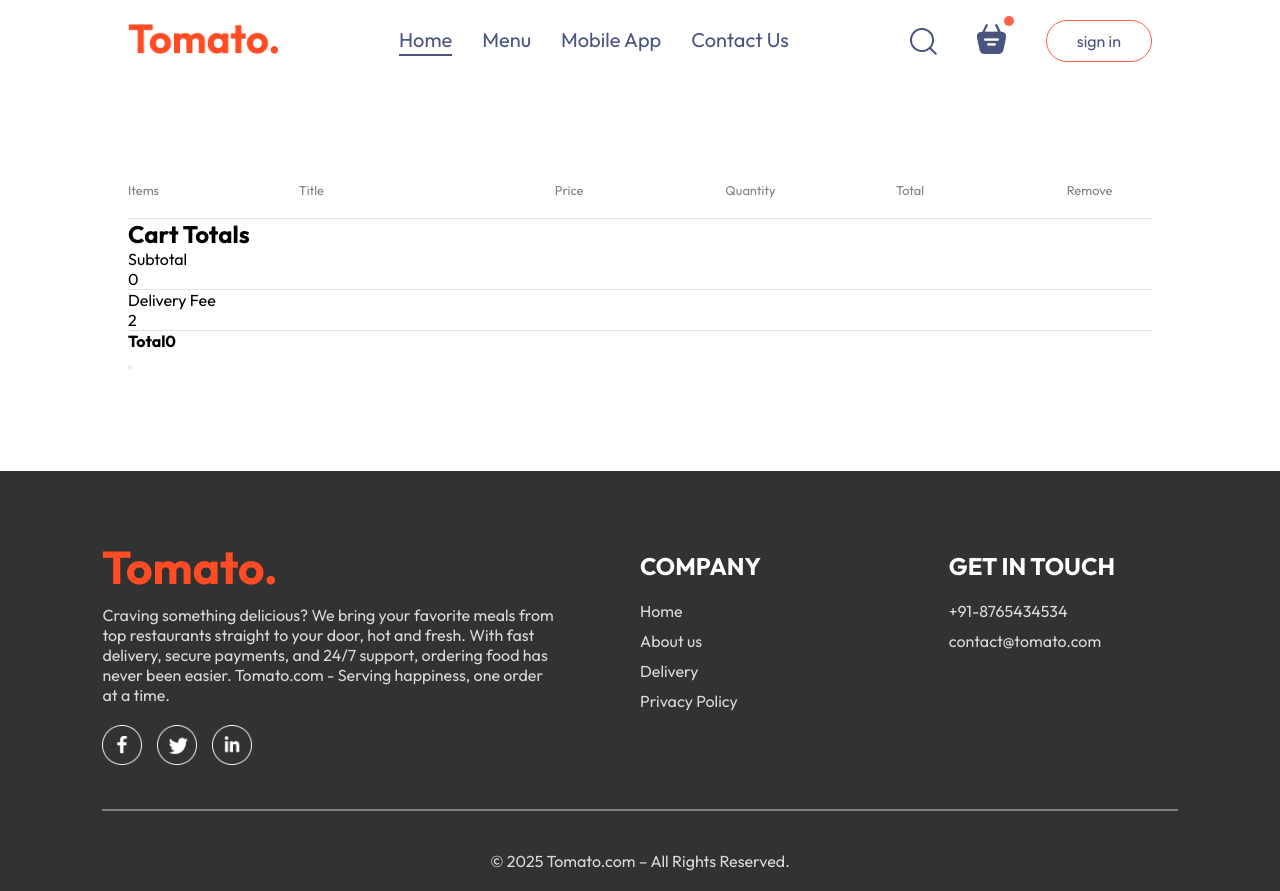
Repository: esakkiraj8104/FOOD_ORDER1
Page: /cart
An editor plug-in stored every save of this project. The page is shown before and after the next save, followed by the edit.
The browser window is 1280 px wide. The pictures show the whole page.
The project was rebuilt for these pictures with package versions that can differ from the ones it lists, and the page was loaded fresh each time. Also part of the build but not shown: vite.config.js, src/components/Navbar/Header/Haeder.css, src/components/Navbar/Header/Header.jsx, src/components/Navbar/ExploreMenu/ExploreMenu.css, src/components/Navbar/ExploreMenu/ExploreMenu.jsx, src/components/Navbar/FoodDisplay/FoodDisplay.css, src/components/Navbar/FoodItem/FoodItem.css, src/components/Navbar/FoodItem/FoodItem.jsx and 6 more. Imported but missing from the stored project, and not drawn on this page: src/pages/PlaceOrder/PlaceOrder.

Above is the page before, as saved 2025-05-20 18:47:58.

### index.html
<!doctype html>
<html lang="en">
  <head>
    <meta charset="UTF-8" />
    <link rel="icon" type="image/svg+xml" href="/vite.svg" />
    <meta name="viewport" content="width=device-width, initial-scale=1.0" />
    <title>Tomoto food Web</title>
  </head>
  <body>
    <div id="root"></div>
    <script type="module" src="/src/main.jsx"></script>
  </body>
</html>

### src/main.jsx
import React from 'react'
import ReactDOM from 'react-dom/client'
import './index.css'
import App from './App.jsx'
import {BrowserRouter} from 'react-router-dom'
import StoreContextProvider from './Context/StoreContext.jsx'

ReactDOM.createRoot(document.getElementById('root')).render(
  <BrowserRouter>
    <StoreContextProvider>
      <App />
    </StoreContextProvider>

  </BrowserRouter>

)

### src/index.css
@import url('https://fonts.googleapis.com/css2?family=Outfit:wght@100..900&display=swap');

*{
  padding: 0;
  margin: 0;
  box-sizing: border-box;
  font-family: outfit;
  scroll-behavior: smooth;
}
body{
  min-height: 100vh;
}
a{
  text-decoration :none;
  color: inherit;
}
.app{
  width: 80%;
  margin: auto;
}

@keyframes fadeIn {
  0%{
    opacity: 0;
  }
  100%{
    opacity: 1;
  }
}

### src/App.jsx
import React,{ useState } from 'react'
import { Route, Routes } from 'react-router-dom'
import Home from './pages/Home/Home'
import Cart from './pages/Cart/Cart'
import PlaceOrder from './pages/PlaceOrder/PlaceOrder'
import Navbar from './components/Navbar/Navbar/Navbar'
import Footer from './components/Navbar/Footer/Footer'
import LoginPopup from './components/LoginPopup/LoginPopup'

const App = () => {

  const[showLogin,setShowLogin]= useState(false)
  return (

    <>
    {showLogin?<LoginPopup setShowLogin={setShowLogin}/>:<></>}
      <div className='app'>
        <Navbar setShowLogin={setShowLogin}/>
        <Routes >
          <Route path='/' element={<Home />} />
          <Route path='/cart' element={<Cart />} />
          <Route path='/order' element={<PlaceOrder />} />
        </Routes>
      </div>
      <Footer />

    </>


  )
}

export default App

### src/Context/StoreContext.jsx
import { createContext, useEffect, useState } from "react";
import { food_list } from "../assets/assets";

export const StoreContext = createContext(null)

const StoreContextProvider = (props) => {

    const [cartItems,setCartItems]= useState({});

    const addToCart = (itemId) => {
        if (!cartItems[itemId]) {
            setCartItems((prev)=>({...prev,[itemId]:1}))
        }
        else{
            setCartItems((prev)=>({...prev,[itemId]:prev[itemId]+1}))
        }
    }

    const removeFromCart = (itemId) =>{
        setCartItems((prev)=>({...prev,[itemId]:prev[itemId]-1}))
    }

    useEffect(()=>{
        console.log(cartItems);
    },[cartItems])

    const contextValue = {
        food_list,
        cartItems,
        setCartItems,
        addToCart,
        removeFromCart

    }
    return (
        <StoreContext.Provider value={contextValue}>
            {props.children}
        </StoreContext.Provider>
    )
}

export default StoreContextProvider;

### src/pages/Cart/Cart.jsx
import React, { useContext } from 'react'
import './Cart.css'
import { StoreContext } from '../../Context/StoreContext'
const Cart = () => {


  const { cartItems, food_list, removeFromCart } = useContext(StoreContext);
  return (
    <div className='cart'>
      <div className="cart-items">
        <div className="cart-items-title">
          <p>Items</p>
          <p>Title</p>
          <p>Price</p>
          <p>Quantity</p>
          <p>Total</p>
          <p>Remove</p>
        </div>
        <br />
        <hr />
        {food_list.map((item, index) => {
          if (cartItems[item._id] > 0) {
            return (
              <div>
                <div className='cart-items-title cart-items-item'>
                  <img src={item.image} alt="" />
                  <p>{item.name}</p>
                  <p>${item.price}</p>
                  <p>{cartItems[item._id]}</p>
                  <p>${item.price * cartItems[item._id]}</p>
                  <p  onClick={()=>removeFromCart(item._id)} className='cross'>❌</p>
                </div>
                <hr />
              </div>

            )
          }
        })}
      </div>
      <div className="cart-bottom">
        <div className="cart-total">
          <h2>Cart Totals</h2>
          <div>
            <div className="cart-total-details">
              <p>Subtotal</p>
              <p>{0}</p>
            </div>
            <hr />
            <div className="cart-total-details">
              <p>Delivery Fee</p>
              <p>{2}</p>
            </div>
             <hr />
            <div className="cart-total-details">
              <b>Total</b>
              <b>{0}</b>
            </div>
            <button></button>
          </div>
        </div>
      </div>
    </div>
  )
}

export default Cart

### src/components/Navbar/Navbar/Navbar.jsx
import React, { useState } from 'react'
import './Navbar.css'
import { assets } from '../../../assets/assets'
import { Link } from 'react-router-dom';
const Navbar = ({setShowLogin}) => {

    const [menu,setMenu] = useState("home");
  return (
    <div className='navbar'>
        <Link to='/'><img src={assets.logo} alt="" className="logo" /></Link>
        <ul className="navbar-menu">
        <Link to='/'className={menu === "home" ? "active" : ""} onClick={() => setMenu("home")}>Home</Link>
        <a href='#explore-menu' className={menu === "menu" ? "active" : ""} onClick={() => setMenu("menu")}>Menu</a>
        <a href='#app-download'className={menu === "mobile-app" ? "active" : ""} onClick={() => setMenu("mobile-app")}>Mobile App</a>
        <a href='#footer'className={menu === "contact us" ? "active" : ""} onClick={() => setMenu("contact us")}>Contact Us</a>
        </ul>
        <div className="navbar-right">
            <img src={assets.search_icon} alt="" />
            <div className="navbar-search-icon">
                <Link to='/cart'><img src={assets.basket_icon} alt="" /></Link>
                <div className="dot"></div>
            </div>
            <button onClick={()=>setShowLogin(true)}>sign in</button>
        </div>
    </div>
  )
}

export default Navbar

### src/components/Navbar/Footer/Footer.jsx
import React from 'react'
import './Footer.css'
import { assets } from '../../../assets/assets'

const Footer = () => {
  return (

    <div className='footer' id='footer'>
      <div className="footer-content">
        <div className="footer-content-left">
          <img src={assets.logo} alt="" />
          <p>Craving something delicious? We bring your favorite meals from top restaurants straight to your door, hot and fresh.
            With fast delivery, secure payments, and  24/7 support, ordering food has never been easier.
            Tomato.com - Serving happiness, one order at a time.</p>
          <div className="footer-social-icons">
            <img src={assets.facebook_icon} alt="" />
            <img src={assets.twitter_icon} alt="" />
            <img src={assets.linkedin_icon} alt="" />
          </div>
        </div>
        <div className="footer-content-center">
          <h2>COMPANY</h2>
          <ul>
            <li>Home</li>
            <li>About us</li>
            <li>Delivery</li>
            <li>Privacy Policy</li>
          </ul>
        </div>
        <div className="footer-content-right">
          <h2>GET IN TOUCH</h2>
          <ul>
            <li>+91-8765434534</li>
            <li>contact@tomato.com</li>
          </ul>
        </div>
      </div>
      <hr />
      <p className="footer-copyright">© 2025 Tomato.com – All Rights Reserved.</p>
    </div>
  )
}

export default Footer

### src/assets/assets.js
import basket_icon from './basket_icon.png'
import logo from './logo.png'
import header_img from './header_img.png'
import search_icon from './search_icon.png'
import menu_1 from './menu_1.png'
import menu_2 from './menu_2.png'
import menu_3 from './menu_3.png'
import menu_4 from './menu_4.png'
import menu_5 from './menu_5.png'
import menu_6 from './menu_6.png'
import menu_7 from './menu_7.png'
import menu_8 from './menu_8.png'

import food_1 from './food_1.png'
import food_2 from './food_2.png'
import food_3 from './food_3.png'
import food_4 from './food_4.png'
import food_5 from './food_5.png'
import food_6 from './food_6.png'
import food_7 from './food_7.png'
import food_8 from './food_8.png'
import food_9 from './food_9.png'
import food_10 from './food_10.png'
import food_11 from './food_11.png'
import food_12 from './food_12.png'
import food_13 from './food_13.png'
import food_14 from './food_14.png'
import food_15 from './food_15.png'
import food_16 from './food_16.png'
import food_17 from './food_17.png'
import food_18 from './food_18.png'
import food_19 from './food_19.png'
import food_20 from './food_20.png'
import food_21 from './food_21.png'
import food_22 from './food_22.png'
import food_23 from './food_23.png'
import food_24 from './food_24.png'
import food_25 from './food_25.png'
import food_26 from './food_26.png'
import food_27 from './food_27.png'
import food_28 from './food_28.png'
import food_29 from './food_29.png'
import food_30 from './food_30.png'
import food_31 from './food_31.png'
import food_32 from './food_32.png'

import add_icon_white from './add_icon_white.png'
import add_icon_green from './add_icon_green.png'
import remove_icon_red from './remove_icon_red.png'
import app_store from './app_store.png'
import play_store from './play_store.png'
import linkedin_icon from './linkedin_icon.png'
import facebook_icon from './facebook_icon.png'
import twitter_icon from './twitter_icon.png'
import cross_icon from './cross_icon.png'
import selector_icon from './selector_icon.png'
import rating_starts from './rating_starts.png'
import profile_icon from './profile_icon.png'
import bag_icon from './bag_icon.png'
import logout_icon from './logout_icon.png'
import parcel_icon from './parcel_icon.png'

export const assets = {
    logo,
    basket_icon,
    header_img,
    search_icon,
    rating_starts,
    add_icon_green,
    add_icon_white,
    remove_icon_red,
    app_store,
    play_store,
    linkedin_icon,
    facebook_icon,
    twitter_icon,
    cross_icon,
    selector_icon,
    profile_icon,
    logout_icon,
    bag_icon,
    parcel_icon
}

export const menu_list = [
    {
        menu_name: "Salad",
        menu_image: menu_1
    },
    {
        menu_name: "Rolls",
        menu_image: menu_2
    },
    {
        menu_name: "Deserts",
        menu_image: menu_3
    },
    {
        menu_name: "Sandwich",
        menu_image: menu_4
    },
    {
        menu_name: "Cake",
        menu_image: menu_5
    },
    {
        menu_name: "Pure Veg",
        menu_image: menu_6
    },
    {
        menu_name: "Pasta",
        menu_image: menu_7
    },
    {
        menu_name: "Noodles",
        menu_image: menu_8
    }]

export const food_list = [
    {
        _id: "1",
        name: "Greek salad",
        image: food_1,
        price: 12,
        description: "Food provides essential nutrients for overall health and well-being",
        category: "Salad"
    },
    {
        _id: "2",
        name: "Veg salad",
        image: food_2,
        price: 18,
        description: "Food provides essential nutrients for overall health and well-being",
        category: "Salad"
    }, {
        _id: "3",
        name: "Clover Salad",
        image: food_3,
        price: 16,
        description: "Food provides essential nutrients for overall health and well-being",
        category: "Salad"
    }, {
        _id: "4",
        name: "Chicken Salad",
        image: food_4,
        price: 24,
        description: "Food provides essential nutrients for overall health and well-being",
        category: "Salad"
    }, {
        _id: "5",
        name: "Lasagna Rolls",
        image: food_5,
        price: 14,
        description: "Food provides essential nutrients for overall health and well-being",
        category: "Rolls"
    }, {
        _id: "6",
        name: "Peri Peri Rolls",
        image: food_6,
        price: 12,
        description: "Food provides essential nutrients for overall health and well-being",
        category: "Rolls"
    }, {
        _id: "7",
        name: "Chicken Rolls",
        image: food_7,
        price: 20,
        description: "Food provides essential nutrients for overall health and well-being",
        category: "Rolls"
    }, {
        _id: "8",
        name: "Veg Rolls",
        image: food_8,
        price: 15,
        description: "Food provides essential nutrients for overall health and well-being",
        category: "Rolls"
    }, {
        _id: "9",
        name: "Ripple Ice Cream",
        image: food_9,
        price: 14,
        description: "Food provides essential nutrients for overall health and well-being",
        category: "Deserts"
    }, {
        _id: "10",
        name: "Fruit Ice Cream",
        image: food_10,
        price: 22,
        description: "Food provides essential nutrients for overall health and well-being",
        category: "Deserts"
    }, {
        _id: "11",
        name: "Jar Ice Cream",
        image: food_11,
        price: 10,
        description: "Food provides essential nutrients for overall health and well-being",
        category: "Deserts"
    }, {
        _id: "12",
        name: "Vanilla Ice Cream",
        image: food_12,
        price: 12,
        description: "Food provides essential nutrients for overall health and well-being",
        category: "Deserts"
    },
    {
        _id: "13",
        name: "Chicken Sandwich",
        image: food_13,
        price: 12,
        description: "Food provides essential nutrients for overall health and well-being",
        category: "Sandwich"
    },
    {
        _id: "14",
        name: "Vegan Sandwich",
        image: food_14,
        price: 18,
        description: "Food provides essential nutrients for overall health and well-being",
        category: "Sandwich"
    }, {
        _id: "15",
        name: "Grilled Sandwich",
        image: food_15,
        price: 16,
        description: "Food provides essential nutrients for overall health and well-being",
        category: "Sandwich"
    }, {
        _id: "16",
        name: "Bread Sandwich",
        image: food_16,
        price: 24,
        description: "Food provides essential nutrients for overall health and well-being",
        category: "Sandwich"
    }, {
        _id: "17",
        name: "Cup Cake",
        image: food_17,
        price: 14,
        description: "Food provides essential nutrients for overall health and well-being",
        category: "Cake"
    }, {
        _id: "18",
        name: "Vegan Cake",
        image: food_18,
        price: 12,
        description: "Food provides essential nutrients for overall health and well-being",
        category: "Cake"
    }, {
        _id: "19",
        name: "Butterscotch Cake",
        image: food_19,
        price: 20,
        description: "Food provides essential nutrients for overall health and well-being",
        category: "Cake"
    }, {
        _id: "20",
        name: "Sliced Cake",
        image: food_20,
        price: 15,
        description: "Food provides essential nutrients for overall health and well-being",
        category: "Cake"
    }, {
        _id: "21",
        name: "Garlic Mushroom ",
        image: food_21,
        price: 14,
        description: "Food provides essential nutrients for overall health and well-being",
        category: "Pure Veg"
    }, {
        _id: "22",
        name: "Fried Cauliflower",
        image: food_22,
        price: 22,
        description: "Food provides essential nutrients for overall health and well-being",
        category: "Pure Veg"
    }, {
        _id: "23",
        name: "Mix Veg Pulao",
        image: food_23,
        price: 10,
        description: "Food provides essential nutrients for overall health and well-being",
        category: "Pure Veg"
    }, {
        _id: "24",
        name: "Rice Zucchini",
        image: food_24,
        price: 12,
        description: "Food provides essential nutrients for overall health and well-being",
        category: "Pure Veg"
    },
    {
        _id: "25",
        name: "Cheese Pasta",
        image: food_25,
        price: 12,
        description: "Food provides essential nutrients for overall health and well-being",
        category: "Pasta"
    },
    {
        _id: "26",
        name: "Tomato Pasta",
        image: food_26,
        price: 18,
        description: "Food provides essential nutrients for overall health and well-being",
        category: "Pasta"
    }, {
        _id: "27",
        name: "Creamy Pasta",
        image: food_27,
        price: 16,
        description: "Food provides essential nutrients for overall health and well-being",
        category: "Pasta"
    }, {
        _id: "28",
        name: "Chicken Pasta",
        image: food_28,
        price: 24,
        description: "Food provides essential nutrients for overall health and well-being",
        category: "Pasta"
    }, {
        _id: "29",
        name: "Buttter Noodles",
        image: food_29,
        price: 14,
        description: "Food provides essential nutrients for overall health and well-being",
        category: "Noodles"
    }, {
        _id: "30",
        name: "Veg Noodles",
        image: food_30,
        price: 12,
        description: "Food provides essential nutrients for overall health and well-being",
        category: "Noodles"
    }, {
        _id: "31",
        name: "Somen Noodles",
        image: food_31,
        price: 20,
        description: "Food provides essential nutrients for overall health and well-being",
        category: "Noodles"
    }, {
        _id: "32",
        name: "Cooked Noodles",
        image: food_32,
        price: 15,
        description: "Food provides essential nutrients for overall health and well-being",
        category: "Noodles"
    }
]

### src/pages/Cart/Cart.css
.cart{
    margin-top: 100px;
}
.cart-items-title{
    display: grid;
    grid-template-columns: 1fr 1.5fr 1fr 1fr 1fr 0.5fr;
    align-items: center;
    color: grey;
    font-size: max(1vw,12px);

}
.cart-items-item{
    margin: 10px 0px;
    color: black;
}
.cart-items-item img{
    width: 100px;
}
.cart hr{
    height: 1px;
    background-color: #e2e2e2;
    border: none;
}
.cart-items-item .cross{
    cursor: pointer;
}

### src/components/Navbar/Navbar/Navbar.css
.navbar{
    padding: 20px 0px;
    display: flex;
    justify-content: space-between;
    align-items: center;
}

.navbar .logo{
    width: 150px;
}

.navbar-menu{
    display: flex;
    list-style: none;
    gap: 30px;
    color: #49557e;
    font-size: 20px;
}

.navbar-right{
    display: flex;
    align-items: center;
    gap: 40px;
}

.navbar button{
    background: transparent;
    font-size: 16px;
    color: #49557e;
    border: 1px solid tomato;
    padding: 10px 30px;
    border-radius: 50px;
    cursor: pointer;
    transition: 0.3;
}

.navbar button:hover{
    background-color: #fff4f2;
}

.navbar .active{
    padding-bottom: 2px;
    border-bottom: 2px solid #49557e;
}

.navbar li{
    cursor: pointer;
}

.navbar-search-icon{
    position:relative;
}

.navbar-search-icon .dot{
    position: absolute;
    min-width: 10px;
    min-height: 10px;
    background-color: tomato;
    border-radius: 5px;
    top: -8px;
    right: -8px;
}
@media(max-width:1050px) {
    .navbar .logo{
        width: 140px;
    }
    .navbar-menu{
        gap: 20px;
        font-size: 17px;
    }
    .navbar-right{
        gap: 30px;
    }
    .navbar-right img{
        width: 22px;
    }
    .navbar-right button{
        padding: 8px 25px;
    }
}
@media(max-width:900px) {
    .navbar .logo{
        width: 120px;
    }
    .navbar-menu{
        gap: 15px;
        font-size: 16px;
    }
    .navbar-right{
        gap: 20px;
    }
    .navbar-right img{
        width: 20px;
    }
    .navbar-right button{
        padding: 7px 20px;
        font-size: 15px;
    }
}
@media(max-width:750px) {
    .navbar-menu{
        display: none;
    }
}

### src/components/Navbar/Footer/Footer.css
.footer{
    color: #d9d9d9;
    background: #323232;
    display: flex;
    flex-direction: column;
    align-items: center;
    gap: 20px;
    padding: 20px 8vw;
    padding-top: 80px;
    margin-top: 100px;

}

.footer-content{
    width: 100%;
    display: grid;
    grid-template-columns: 2fr 1fr 1fr;
    gap: 80px;
}
.footer-content-left, .footer-content-right, .footer-content-center{
    display: flex;
    flex-direction: column;
    align-items: start;
    gap: 20px;
}
.footer-content-left li, .footer-content-right li, .footer-content-center li{
    list-style: none;
    margin-bottom: 10px;
    cursor: pointer;
}
.footer-content-right h2, .footer-content-center h2 {
    color: white;
}
.footer-social-icons img{
    width: 40px;
    margin-right: 15px;
}
.footer hr{
    width: 100%;
    height: 2px;
    margin: 20px 0;
    background-color: grey;
    border: none;
}
@media (max-width:750px) {
    .footer-content{
        display: flex;
        flex-direction: column;
        gap: 35px;
    }
    .footer-copyright{
        text-align: center;
    }
}

Loaded but not shown: src/pages/Home/Home.css (no stored copy; drawn as an empty file)

After the next save:
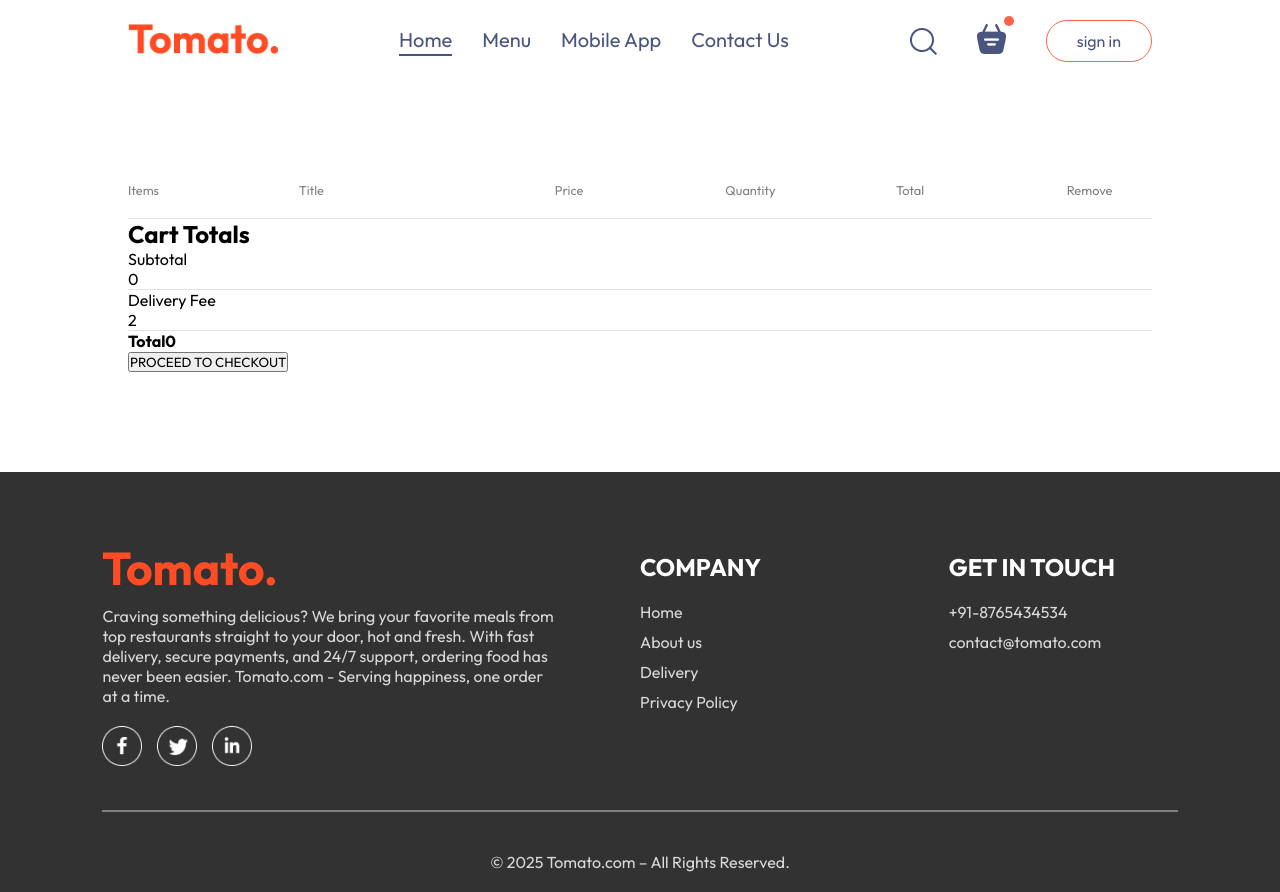
Saved 8 s later.
--- a/src/pages/Cart/Cart.jsx
+++ b/src/pages/Cart/Cart.jsx
@@ -55,7 +55,7 @@ const Cart = () => {
               <b>Total</b>
               <b>{0}</b>
             </div>
-            <button></button>
+            <button>PROCEED TO CHECKOUT</button>
           </div>
         </div>
       </div>
